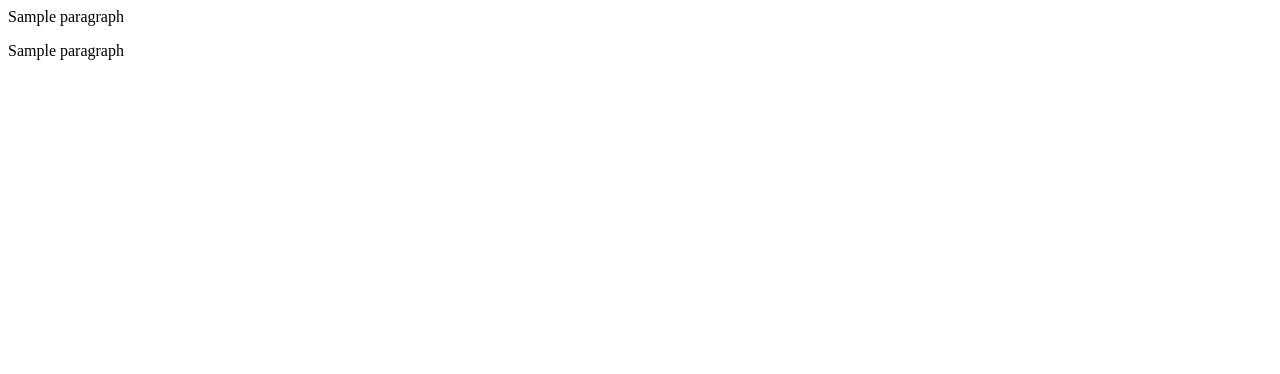
Repository: Sayan-100/Javascript
Page: Javascript Coding/Jquery/Jquery2/index.html
These files come from the project's save history. The page is drawn as it stood at one moment and after the next save; the edit follows.
The browser window is 1280 px wide. The pictures show the whole page.

Above is the page before, as saved 2022-01-25 21:56:31.
Console error: SyntaxError: Unexpected token ';'

After the next save:
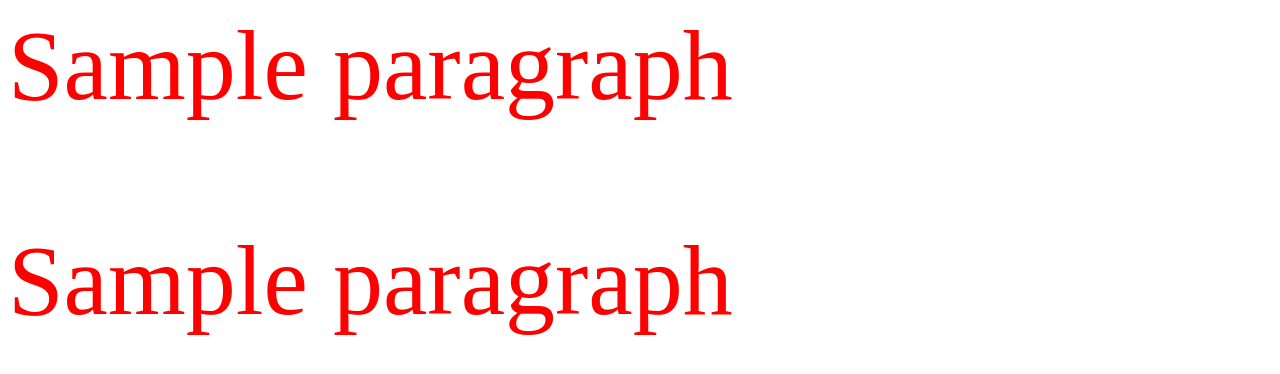
The error is gone.
Saved 15 s later.
--- a/Javascript Coding/Jquery/Jquery2/script.js
+++ b/Javascript Coding/Jquery/Jquery2/script.js
@@ -3,6 +3,6 @@
 // $('p').css('fontSize', '30px');
 
 $('p').css({
-    fontSize: "100px";
-    color: "red";
+    fontSize: "100px",
+    color: "red"
 })
